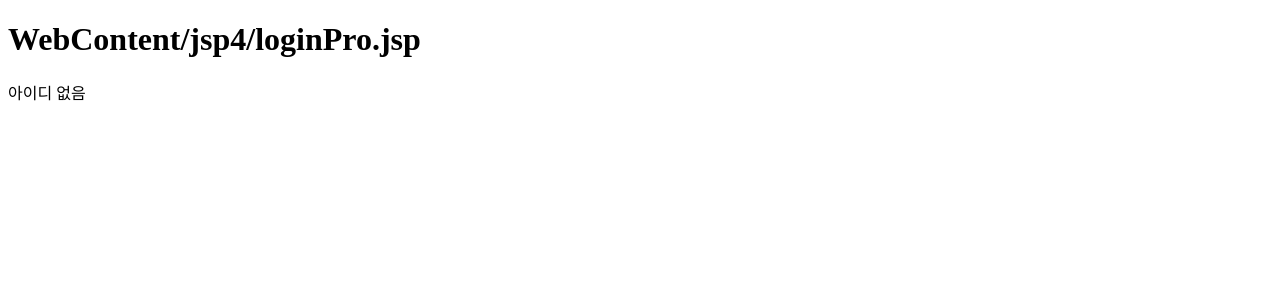
Repository: ReadStar/workspace_jsp
Page: http://localhost/StudyJSP/jsp4/loginPro.jsp
These files come from the project's save history. The page is drawn as it stood at one moment and after a run of saves; the edit follows.
The browser window is 1280 px wide. The pictures show the whole page.
The page is served by Tomcat 9. Other server files are loaded and not shown. Queries for data that is not in the repository find no rows.

Above is the page before, as saved 2020-08-25 08:06:30.

### StudyJSP/WebContent/jsp4/loginPro.jsp
<%@page import="java.sql.ResultSet"%>
<%@page import="java.sql.PreparedStatement"%>
<%@page import="java.sql.DriverManager"%>
<%@page import="java.sql.Connection"%>
<%@ page language="java" contentType="text/html; charset=UTF-8"
    pageEncoding="UTF-8"%>
<!DOCTYPE html>
<html>
<head>
<meta charset="UTF-8">
<title>Insert title here</title>
</head>
<body>
<h1>WebContent/jsp4/loginPro.jsp</h1>
<%
//id, pass 파라미터 가져오기
String id=request.getParameter("id");
String pass=request.getParameter("pass");
Class.forName("com.mysql.jdbc.Driver");
String dbUrl="jdbc:mysql://localhost:3306/jspDB1?serverTimezone=UTC";
String dbUser="jspid";
String dbPass="jsppass";
Connection con=DriverManager.getConnection(dbUrl, dbUser, dbPass);
String sql="select *from member where id=? && pass = ?";
PreparedStatement pstmt=con.prepareStatement(sql);
pstmt.setString(1, id);
pstmt.setString(2, pass);
ResultSet rs=pstmt.executeQuery();
if(rs.next()==true){
	out.println("아이디 있음");
	if(pass.equals(rs.getString("pass"))){
		out.println("비밀번호 맞음");
		//세션값 부여(생성) : 페이지 상관없이 값을 유지 이름 , 깞 "id",id
		session.setAttribute("id", id);
		response.sendRedirect("main.jsp");
	}else{
		out.println("비밀번호 틀림");
		%>
		<script type="text/javascript">
		alert("비밀번호틀림");
		history.back(); //뒤로이동
		</script>		<%
	}
}else{
	out.println("아이디 없음");
	%>

	<%
}
%>
<script type="text/javascript">
	alert("로그인성공");
</script>
</body>
</html>

After the next 2 saves:
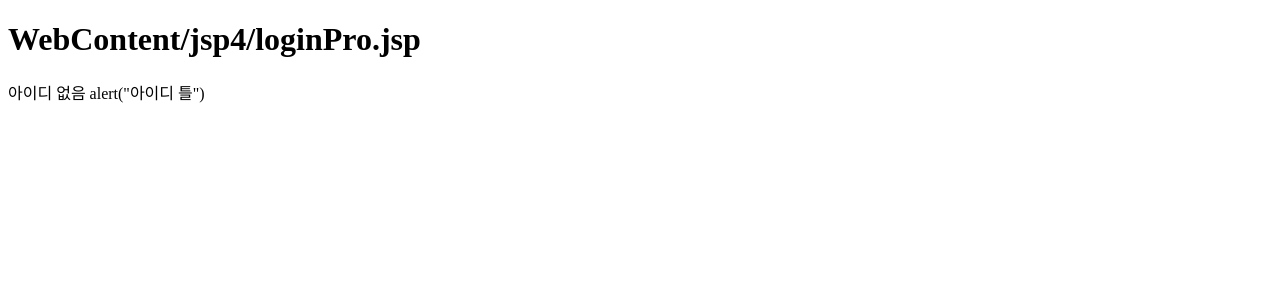
The 2 saves are shown as one change because they came seconds apart.
The last was saved 29 s later.
--- a/StudyJSP/WebContent/jsp4/loginPro.jsp
+++ b/StudyJSP/WebContent/jsp4/loginPro.jsp
@@ -44,7 +44,10 @@ if(rs.next()==true){
 }else{
 	out.println("아이디 없음");
 	%>
+	<script type="text/javascript">
 
+	</script>
+	alert("아이디 틀")
 	<%
 }
 %>
